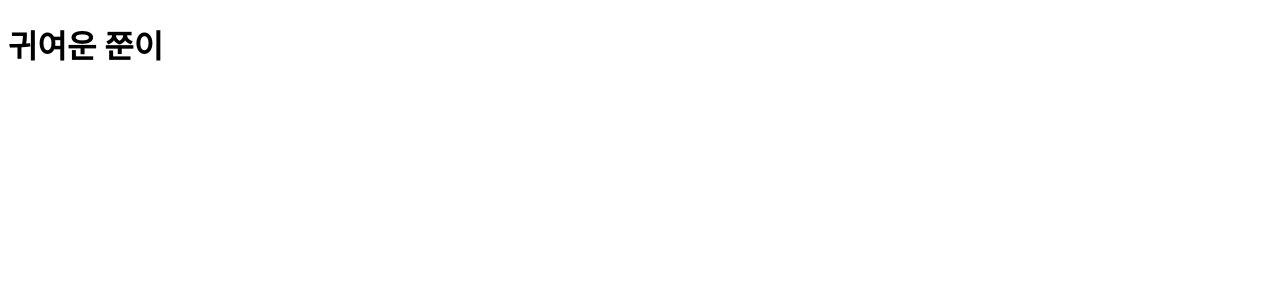
Repository: im2ho/Spring-workspace
Page: springStart-2/src/main/resources/static/index.html
The author's editor kept a copy of each file at every save. The page is drawn from the files as they stood at one save, then again after the next save.
The browser window is 1280 px wide. The pictures show the whole page.

Above is the page before, as saved 2023-11-21 05:36:15.

After the next save:
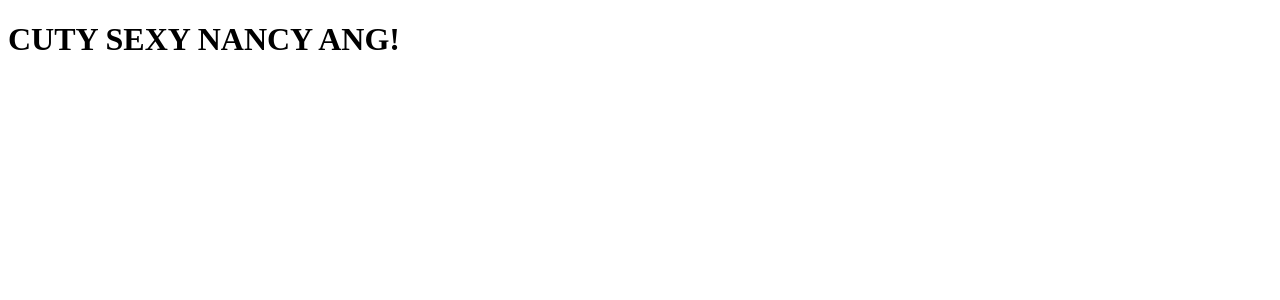
Saved 54 s later.
--- a/springStart-2/src/main/resources/static/index.html
+++ b/springStart-2/src/main/resources/static/index.html
@@ -5,6 +5,6 @@
 		<title>header</title>
 	</head>
 	<body>
-		<h1>귀여운 쭌이</h1>
+		<h1>CUTY SEXY NANCY ANG!</h1>
 	</body>
 </html>
